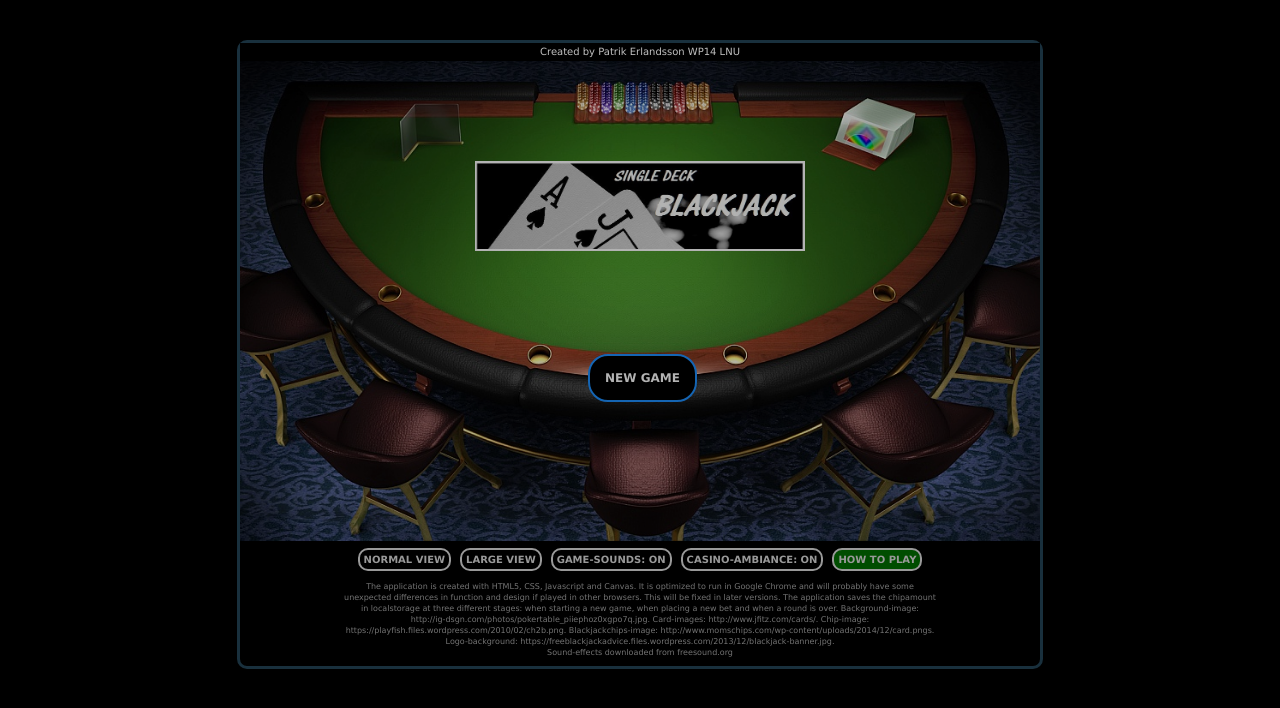
Repository: pat-erl/pe22dw.github.io
Page: index.html
The author's editor kept a record of every edit. The page is drawn from the files as they stood at one moment, then again after the next edit.
The browser window is 1280 px wide. The pictures show the whole page.

Above is the page before.

After the next edit:
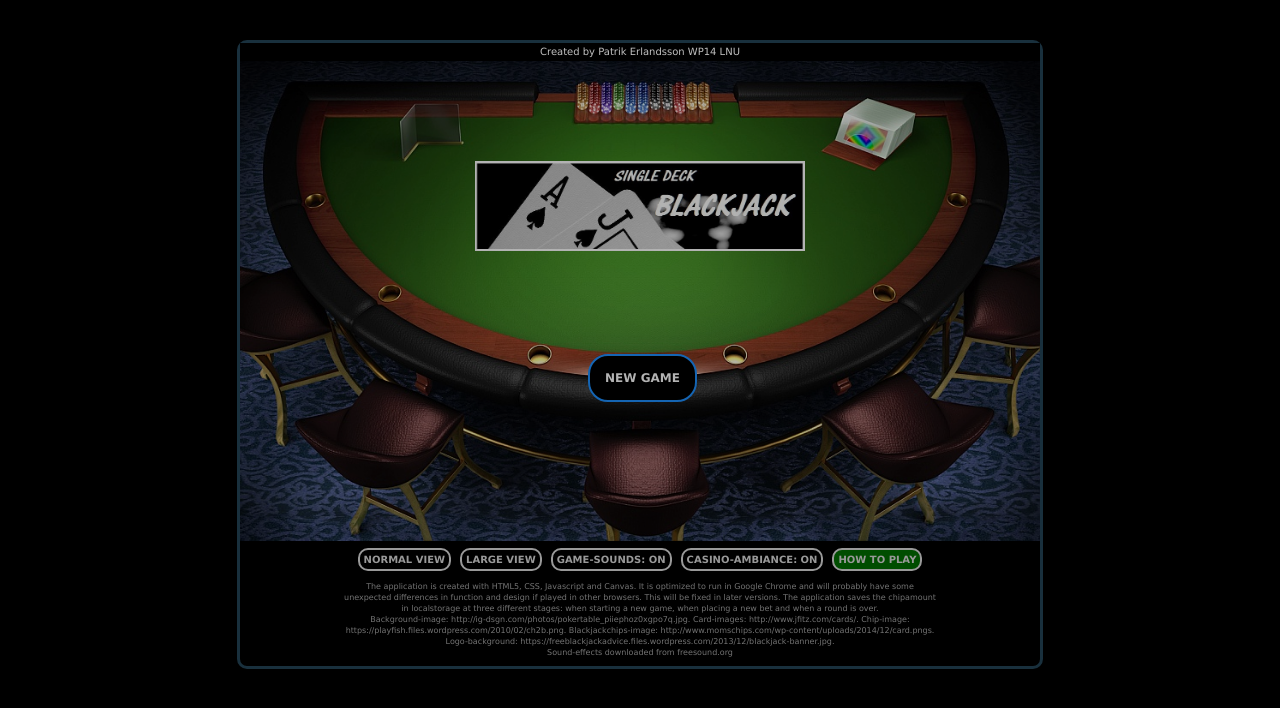
The edit:
--- a/index.html
+++ b/index.html
@@ -73,7 +73,7 @@
                     unexpected differences in function and design if played in other browsers.
                     This will be fixed in later versions.
                     The application saves the chipamount in localstorage at three different stages:
-                    when starting a new game, when placing a new bet and when a round is over.
+                    when starting a new game, when placing a new bet and when a round is over.<br />
                     Background-image: http://ig-dsgn.com/photos/pokertable_piiephoz0xgpo7q.jpg. Card-images: http://www.jfitz.com/cards/.
                     Chip-image: https://playfish.files.wordpress.com/2010/02/ch2b.png. Blackjackchips-image: http://www.momschips.com/wp-content/uploads/2014/12/card.pngs.
                     Logo-background: https://freeblackjackadvice.files.wordpress.com/2013/12/blackjack-banner.jpg.<br />
